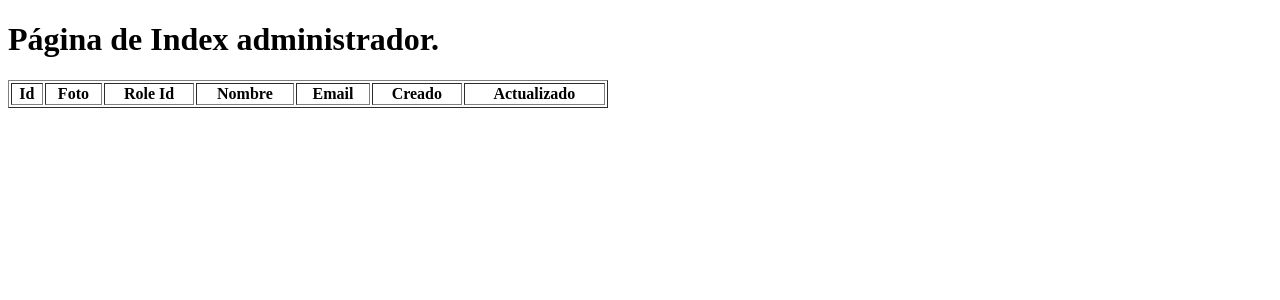
Repository: jfederg/AplicacionCompleta-Laravel-git
Page: http://localhost/admin/users
The author's editor kept a record of every edit. The page is drawn from the files as they stood at one moment, then again after the next edit.
The browser window is 1280 px wide. The pictures show the whole page.
The page is served by the project's Laravel application, run on PHP 8.4 with Laravel 8. Queries for data that is not in the repository find no rows.

Above is the page before.

After the next edit:
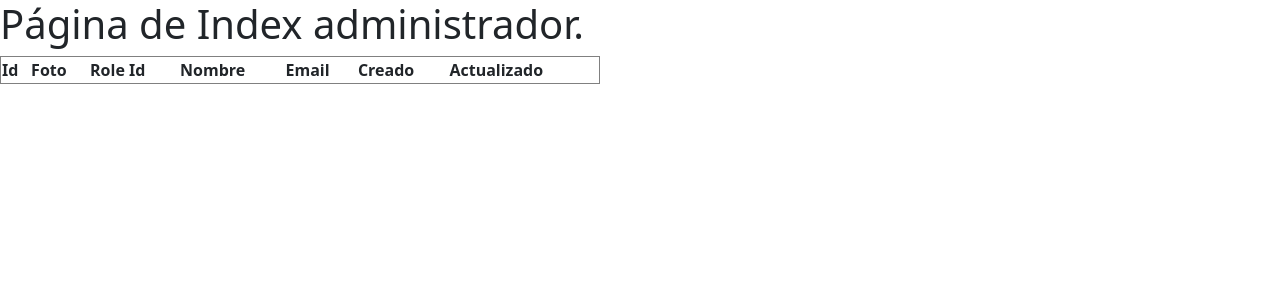
The edit:
--- a/AplicacionCompleta/resources/views/admin/users/index.blade.php
+++ b/AplicacionCompleta/resources/views/admin/users/index.blade.php
@@ -1,6 +1,9 @@
 <!DOCTYPE html>
 <html lang="{{ str_replace('_', '-', app()->getLocale()) }}">
     <head>
+    <link href="https://cdn.jsdelivr.net/npm/bootstrap@5.1.3/dist/css/bootstrap.min.css" rel="stylesheet" integrity="sha384-1BmE4kWBq78iYhFldvKuhfTAU6auU8tT94WrHftjDbrCEXSU1oBoqyl2QvZ6jIW3" crossorigin="anonymous">
+
+    <script src="https://cdn.jsdelivr.net/npm/bootstrap@5.1.3/dist/js/bootstrap.bundle.min.js" integrity="sha384-ka7Sk0Gln4gmtz2MlQnikT1wXgYsOg+OMhuP+IlRH9sENBO0LRn5q+8nbTov4+1p" crossorigin="anonymous"></script>
 
     </head>
     <body>
